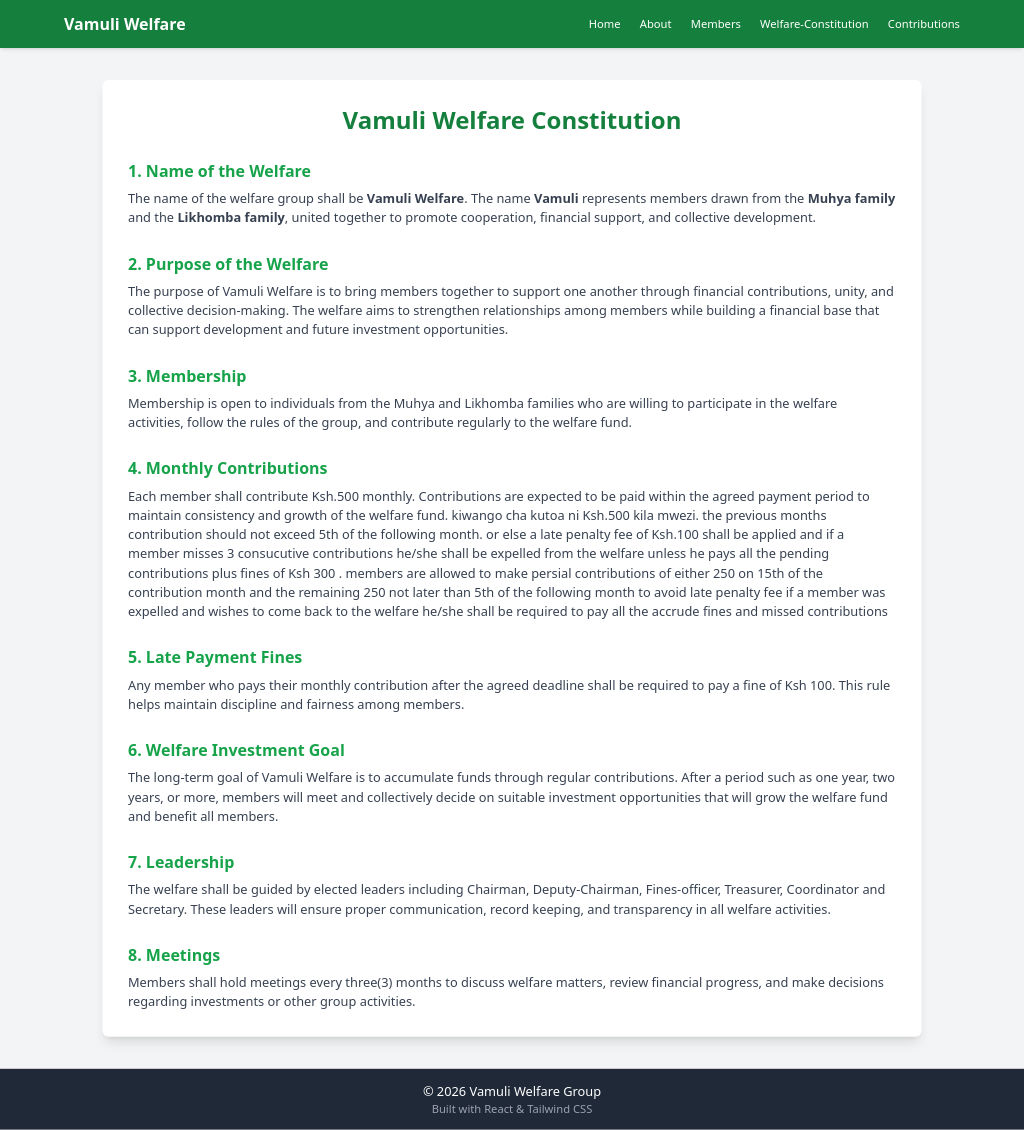
Repository: Engineer-collo/Vamuli-welfare
Page: /constitution
These files come from the project's save history. The page is drawn as it stood at one moment and after the next save; the edit follows.
The browser window is 1280 px wide. The pictures show the whole page, at 80% of full size.
The project was rebuilt for these pictures with package versions that can differ from the ones it lists, and the page was loaded fresh each time. Also part of the build but not shown: vite.config.js, src/pages/contributionsData.js, src/pages/Home.jsx, src/pages/Members.jsx, src/pages/ContributionsTable.jsx, src/pages/About.jsx.

Above is the page before, as saved 2026-03-16 15:35:53.

### index.html
<!doctype html>
<html lang="en">
  <head>
    <meta charset="UTF-8" />
    <link rel="icon" type="image/svg+xml" href="/favicon.svg" />
    <meta name="viewport" content="width=device-width, initial-scale=1.0" />
    <title>vamuli-welfare</title>
  </head>
  <body>
    <div id="root"></div>
    <script type="module" src="/src/main.jsx"></script>
  </body>
</html>

### src/App.jsx
import { BrowserRouter as Router, Routes, Route } from "react-router-dom";

import Navbar from "./components/Navbar";
import Footer from "./components/Footer";

import Home from "./pages/Home";
import Members from "./pages/Members";
import ContributionsTable from "./pages/ContributionsTable";
import WelfareConstituion from "./pages/WelfareConstituion";
import About from "./pages/About";

function App() {
  return (
    <Router>
      <div className="bg-gray-100 min-h-screen">

        <Navbar />

        <Routes>
          <Route path="/" element={<Home />} />
          <Route path="/members" element={<Members />} />
          <Route path="/contributions" element={<ContributionsTable />} />
          <Route path="/about" element={<About />} />
          <Route path="/constitution" element={<WelfareConstituion/>} />

        </Routes>

        <Footer />

      </div>
    </Router>
  );
}

export default App;

### src/components/Navbar.jsx
import { Link } from "react-router-dom";

function Navbar() {
  return (
    <nav className="bg-green-700 text-white shadow-md">
      <div className="max-w-6xl mx-auto flex justify-between items-center p-4">

        <h1 className="text-xl font-bold">
          <Link to="/">Vamuli Welfare</Link>
        </h1>

        <ul className="flex gap-6 text-sm">
          <li>
            <Link to="/" className="hover:text-gray-200">Home</Link>
          </li>

          <li>
            <Link to="/about" className="hover:text-gray-200">About</Link>
          </li>

          <li>
            <Link to="/members" className="hover:text-gray-200">Members</Link>
          </li>

          <li>
            <Link to="/constitution" className="hover:text-gray-200">Welfare-Constitution</Link>
          </li>


          <li>
            <Link to="/contributions" className="hover:text-gray-200">Contributions</Link>
          </li>



        </ul>

      </div>
    </nav>
  );
}

export default Navbar;

### src/components/Footer.jsx
import React from "react";

function Footer() {
  return (
    <footer className="bg-gray-800 text-white mt-10">
      <div className="max-w-6xl mx-auto text-center p-4">
        <p>© 2026 Vamuli Welfare Group</p>
        <p className="text-sm text-gray-400">
          Built with React & Tailwind CSS
        </p>
      </div>
    </footer>
  );
}

export default Footer;

### src/pages/WelfareConstituion.jsx
import React from "react";

function Constitution() {
  return (
    <div className="max-w-5xl mx-auto mt-10 bg-white shadow-lg rounded-lg p-8">

      <h1 className="text-3xl font-bold text-center text-green-700 mb-8">
        Vamuli Welfare Constitution
      </h1>

      {/* Introduction */}

      <section className="mb-8">
        <h2 className="text-xl font-semibold text-green-600 mb-2">
          1. Name of the Welfare
        </h2>

        <p className="text-gray-700">
          The name of the welfare group shall be <strong>Vamuli Welfare</strong>.
          The name <strong>Vamuli</strong> represents members drawn from the
          <strong> Muhya family </strong> and the <strong>Likhomba family</strong>,
          united together to promote cooperation, financial support, and
          collective development.
        </p>
      </section>

      {/* Purpose */}

      <section className="mb-8">
        <h2 className="text-xl font-semibold text-green-600 mb-2">
          2. Purpose of the Welfare
        </h2>

        <p className="text-gray-700">
          The purpose of Vamuli Welfare is to bring members together to support
          one another through financial contributions, unity, and collective
          decision-making. The welfare aims to strengthen relationships among
          members while building a financial base that can support development
          and future investment opportunities.
        </p>
      </section>

      {/* Membership */}

      <section className="mb-8">
        <h2 className="text-xl font-semibold text-green-600 mb-2">
          3. Membership
        </h2>

        <p className="text-gray-700">
          Membership is open to individuals from the Muhya and Likhomba
          families who are willing to participate in the welfare activities,
          follow the rules of the group, and contribute regularly to the
          welfare fund.
        </p>
      </section>

      {/* Contributions */}

      <section className="mb-8">
        <h2 className="text-xl font-semibold text-green-600 mb-2">
          4. Monthly Contributions
        </h2>

        <p className="text-gray-700">
          Each member shall contribute Ksh.500 monthly.
          Contributions are expected to be paid within the agreed payment
          period to maintain consistency and growth of the welfare fund.

          kiwango cha kutoa ni Ksh.500 kila mwezi. the previous months contribution should not exceed 5th of the following month. or else a late penalty fee
           of Ksh.100 shall be applied and if a member misses 3 consucutive contributions he/she shall be expelled from the welfare unless he pays all the pending contributions plus fines of Ksh 300 .
           members are allowed to make persial contributions of either 250 on 15th of the contribution month and the remaining 250 not later than 5th of the following month to avoid late penalty fee
           if a member was expelled and wishes to come back to the welfare he/she shall be required to pay all the accrude fines and missed contributions
        </p>
      </section>

      {/* Fines */}

      <section className="mb-8">
        <h2 className="text-xl font-semibold text-green-600 mb-2">
          5. Late Payment Fines
        </h2>

        <p className="text-gray-700">
          Any member who pays their monthly contribution after the agreed
          deadline shall be required to pay a fine of Ksh 100. This rule helps
          maintain discipline and fairness among members.
        </p>
      </section>

      {/* Investment */}

      <section className="mb-8">
        <h2 className="text-xl font-semibold text-green-600 mb-2">
          6. Welfare Investment Goal
        </h2>

        <p className="text-gray-700">
          The long-term goal of Vamuli Welfare is to accumulate funds through
          regular contributions. After a period such as one year, two years, or
          more, members will meet and collectively decide on suitable
          investment opportunities that will grow the welfare fund and benefit
          all members.
        </p>
      </section>

      {/* Leadership */}

      <section className="mb-8">
        <h2 className="text-xl font-semibold text-green-600 mb-2">
          7. Leadership
        </h2>

        <p className="text-gray-700">
          The welfare shall be guided by elected leaders including Chairman, Deputy-Chairman, Fines-officer, Treasurer,
          Coordinator and  Secretary. These leaders will ensure proper
          communication, record keeping, and transparency in all welfare
          activities.
        </p>
      </section>

      {/* Meetings */}

      <section>
        <h2 className="text-xl font-semibold text-green-600 mb-2">
          8. Meetings
        </h2>

        <p className="text-gray-700">
          Members shall hold meetings every three(3) months to discuss welfare
          matters, review financial progress, and make decisions regarding
          investments or other group activities.
        </p>
      </section>

    </div>
  );
}

export default Constitution;

### tailwind.config.js
/** @type {import('tailwindcss').Config} */
module.exports = {
  content: [
    "./index.html",
    "./src/**/*.{js,jsx}"
  ],
  theme: {
    extend: {},
  },
  plugins: [],
};

Loaded but not shown: src/main.jsx (common file); src/index.css (common file)

After the next save:
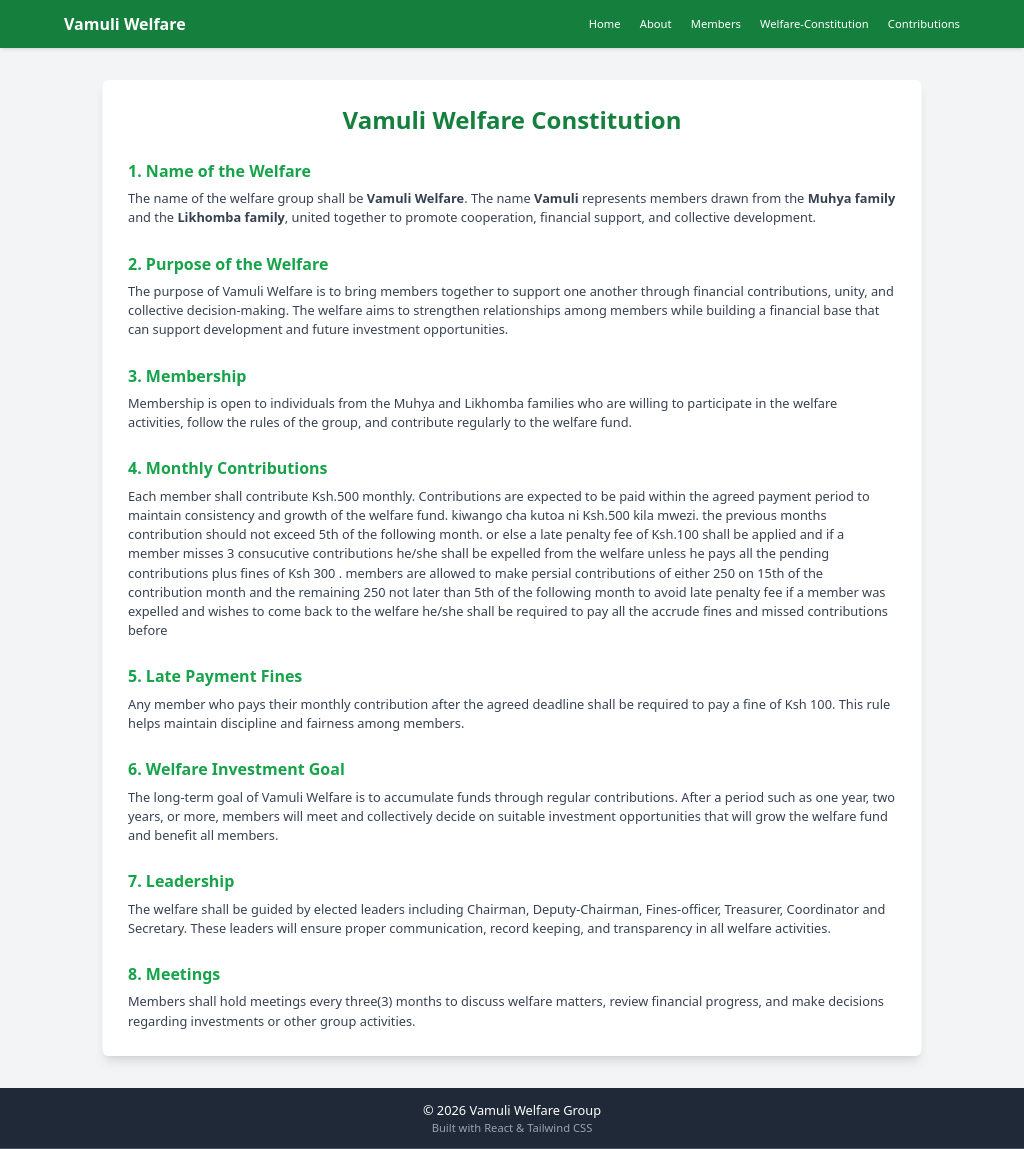
Saved 10 s later.
--- a/src/pages/WelfareConstituion.jsx
+++ b/src/pages/WelfareConstituion.jsx
@@ -70,7 +70,7 @@ function Constitution() {
           kiwango cha kutoa ni Ksh.500 kila mwezi. the previous months contribution should not exceed 5th of the following month. or else a late penalty fee
            of Ksh.100 shall be applied and if a member misses 3 consucutive contributions he/she shall be expelled from the welfare unless he pays all the pending contributions plus fines of Ksh 300 .
            members are allowed to make persial contributions of either 250 on 15th of the contribution month and the remaining 250 not later than 5th of the following month to avoid late penalty fee
-           if a member was expelled and wishes to come back to the welfare he/she shall be required to pay all the accrude fines and missed contributions
+           if a member was expelled and wishes to come back to the welfare he/she shall be required to pay all the accrude fines and missed contributions before
         </p>
       </section>
 
